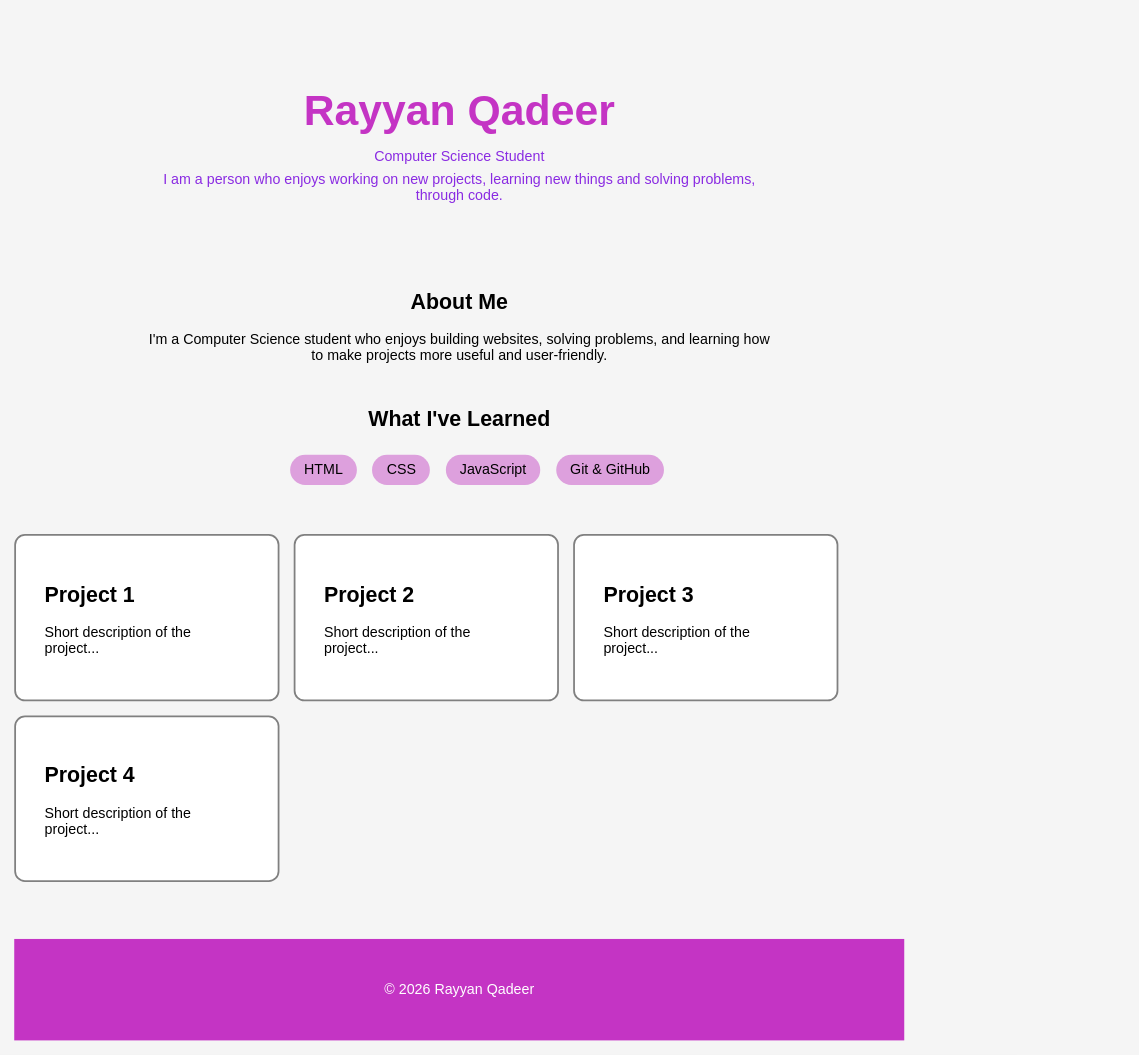
Repository: rayyan-qadeer/rayyan-qadeer
Page: index.html
The author's editor kept a copy of each file at every save. The page is drawn from the files as they stood at one save, then again after the next save.
The browser window is 1280 px wide. The pictures show the whole page, at 89% of full size.

Above is the page before, as saved 2026-05-06 03:14:27.

### index.html
<!doctype html>
<html lang="en">
  <head>
    <meta charset="UTF-8" />
    <meta name="viewport" content="width=device-width, initial-scale=1.0" />
    <title>Rayyan Qadeer Portfolio</title>
    <link rel="stylesheet" href="./styles/globals.css" />
    <link rel="stylesheet" href="./styles/index.css" />
  </head>
  <body>
    <main>
      <header>
        <h1>Rayyan Qadeer</h1>
        <p class="subtitle">Computer Science Student</p>
        <p class="description">
          I am a person who enjoys working on new projects, learning new things and solving problems, through code.
        </p>
      </header>

      <section class ="about">
        <h2>About Me</h2>
        <p>I'm a Computer Science student who enjoys building websites, solving problems, and learning how to make projects more useful and user-friendly.
        </p>
      </section>

      <section class ="skills">
        <h2>What I've Learned</h2>
        <ul>
          <li>HTML</li>
          <li>CSS</li>
          <li>JavaScript</li>
          <li>Git & GitHub</li>
        </ul>
      </section>

      <section class="projects">
        <article class="card">
          <h2>Project 1</h2>
          <p>Short description of the project...</p>
        </article>

        <article class="card">
          <h2>Project 2</h2>
          <p>Short description of the project...</p>
        </article>

        <article class="card">
          <h2>Project 3</h2>
          <p>Short description of the project...</p>
        </article>

        <article class="card">
          <h2>Project 4</h2>
          <p>Short description of the project...</p>
        </article>
      </section>

      <footer>
        <p>© 2026 Rayyan Qadeer</p>
      </footer>
    </main>
  </body>
</html>

### styles/globals.css
body {
    margin: 0rem;
    font-family: Arial, Helvetica, sans-serif;
    background-color: whitesmoke;
    color: black;
}

### styles/index.css
main {
  padding: 1rem;
  max-width: 1000px;
  margin: 0rem;
}

header {
  text-align: center;
  margin-bottom: 3rem;
  padding: 3rem 1rem;
}

header h1 {
  font-size: 3rem;
  margin-bottom: 0.5rem;
  color: rgb(196, 52, 196);
}

.subtitle {
  color: blueviolet;
  margin-bottom: 0.5rem;
}

.description {
  max-width: 43.75rem;
  margin: 0 auto;
  color: blueviolet;
}

.about,
.skills {
  text-align: center;
  max-width: 43.75rem;
  margin: 3rem auto;
}

.skills li {
  display: inline-block;
  margin: 0.4rem;
  padding: 0.5rem 1rem;
  background-color: plum;
  border-radius: 1.25rem;
}

.projects {
  display: flex;
  flex-direction: column;
  gap: 1rem;
}

.card {
  background-color: white;
  padding: 2rem;
  border-radius: 12px;
  border: 2px solid gray;
}

.card:hover {
  transform: translateY(-4px);
  background-color: plum;
}

footer {
  text-align: center;
  margin-top: 4rem;
  padding: 2rem;
  background-color: rgb(196, 52, 196);
  color: white;
}

@media (min-width: 768px) {
  .projects {
    flex-direction: row;
    flex-wrap: wrap;
  }

  .card {
    width: 48%;
  }
}

@media (min-width: 1024px) {
  .card {
    width: 23%;
  }
}

After the next save:
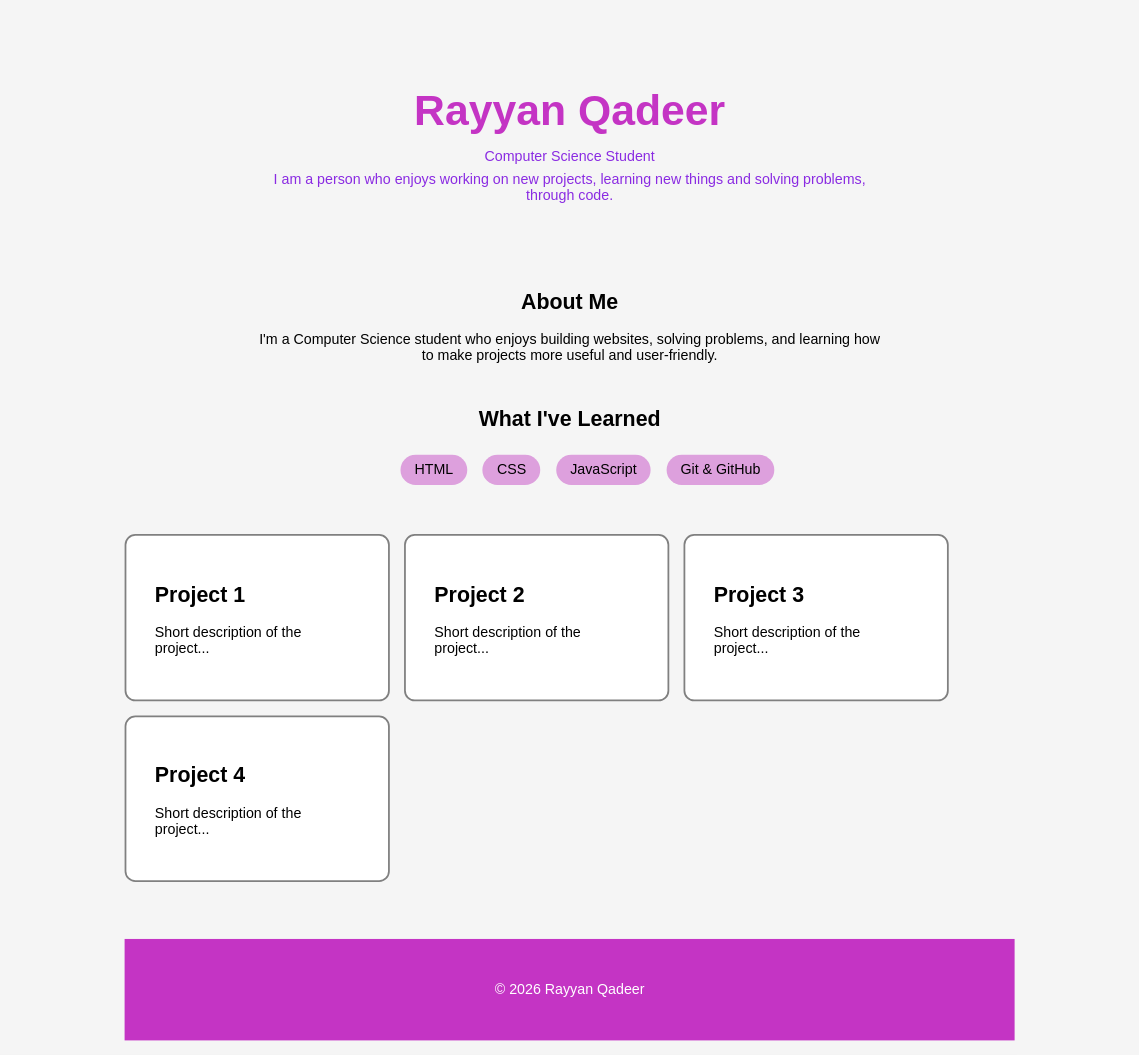
Saved 9 s later.
--- a/styles/index.css
+++ b/styles/index.css
@@ -1,7 +1,7 @@
 main {
   padding: 1rem;
   max-width: 1000px;
-  margin: 0rem;
+  margin: 0rem auto;
 }
 
 header {
